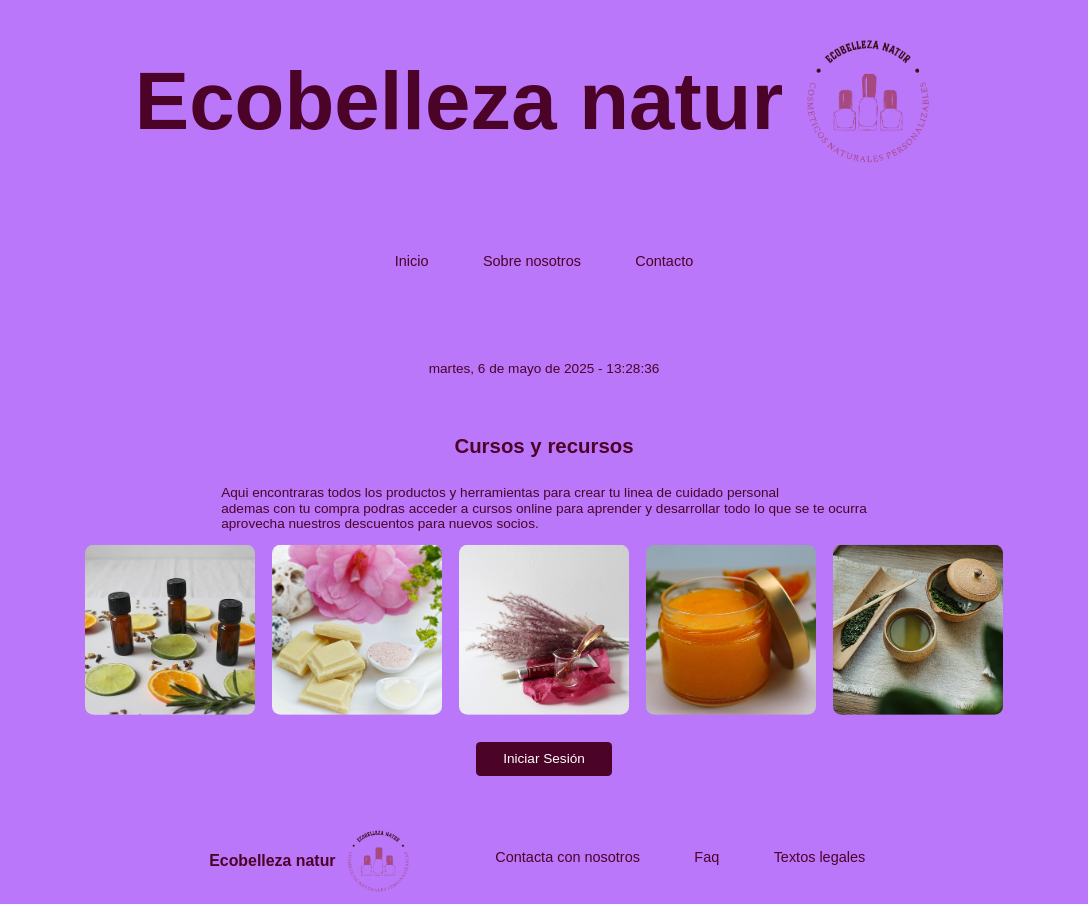
Repository: silvia76-max/ecobelleza-natur
Page: about.html
An editor plug-in stored every save of this project. The page is shown before and after the next save, followed by the edit.
The browser window is 1280 px wide. The pictures show the whole page, at 85% of full size.
Some web fonts or font styles are not loaded; a fallback is used.

Above is the page before, as saved 2025-05-08 12:51:50.

After the next save:
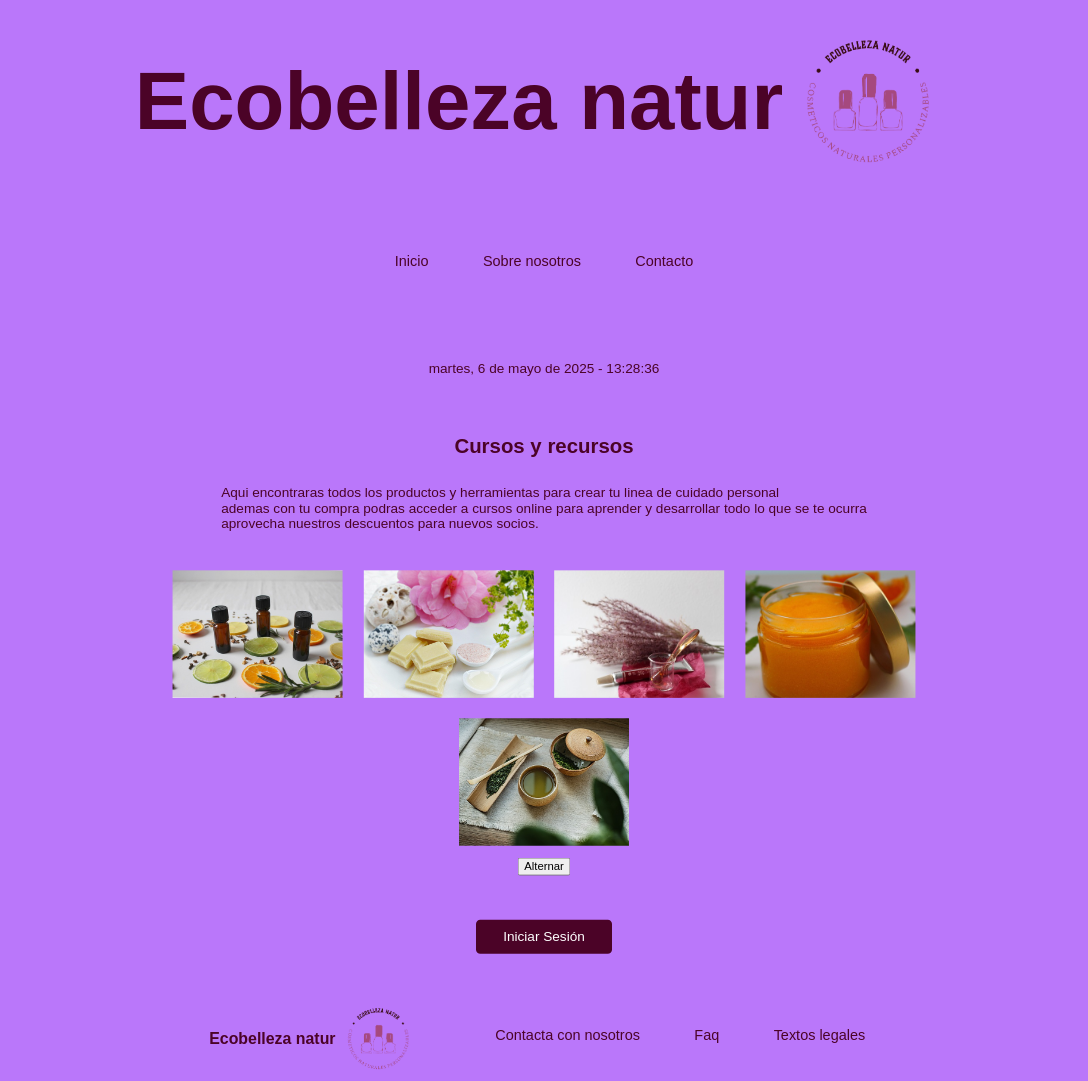
Saved 5 min 51 s later.
--- a/about.html
+++ b/about.html
@@ -31,13 +31,25 @@
         <p>Aqui encontraras todos los productos y herramientas para crear tu linea de cuidado personal<br>
         ademas con tu compra podras acceder a cursos online para aprender y desarrollar todo lo que se te ocurra<br>
         aprovecha nuestros descuentos para nuevos socios.</p>
-        <div class="images_about">
-        <img src="img/cosmetica2.jpg" alt="Productos naturales de belleza">
-        <img src="img/cosmetica3.jpg" alt="Productos naturales de belleza">
-        <img src="img/cosmetica4.jpg" alt="Productos naturales de belleza">
-        <img src="img/cosmetica5.jpg" alt="Productos naturales de belleza">
-        <img src="img/cosmetica6.jpg" alt="Productos naturales de belleza">
-       </div>
+       <div class="container">
+        <div class="foto-grupo grupo1">
+          <img src="img/cosmetica2.jpg" alt="Productos naturales de belleza">
+          <img src="img/cosmetica3.jpg" alt="Productos naturales de belleza">
+          <img src="img/cosmetica4.jpg" alt="Productos naturales de belleza">
+          <img src="img/cosmetica5.jpg" alt="Productos naturales de belleza">
+          <img src="img/cosmetica6.jpg" alt="Productos naturales de belleza">
+        </div>
+
+        <div class="foto-grupo grupo2" style="display: none;">
+          <img src="img/imagen1.jpg" alt="Productos naturales de belleza">
+          <img src="img/imagen2.jpg" alt="Productos naturales de belleza">
+          <img src="img/imagen3.jpg" alt="Productos naturales de belleza">
+          <img src="img/imagen4.jpg" alt="Productos naturales de belleza">
+          <img src="img/imagen5.jpg" alt="Productos naturales de belleza">
+        </div>
+
+        <button id="alternar">Alternar</button>
+    </div>
 
      </article>
   <!-- Botón que abre el popup -->
--- a/styles/about.css
+++ b/styles/about.css
@@ -21,19 +21,23 @@
     color:rgb(75, 3, 39);
 
 }
-.images_about {
-    display: flex;
-    flex-wrap: wrap;
-    justify-content: center;
-    gap: 20px;
-  }
+.container {
+  width: 80%;
+  margin: 20px auto;
+  text-align: center;
+}
 
-  .images_about img {
-    width: 200px;
-    height: 200px;
-    object-fit: cover;
-    border-radius: 10px;
-  }
+.foto-grupo {
+  display: inline-block;
+  vertical-align: top;
+}
+
+.foto-grupo img {
+  width: 200px;
+  height: 150px;
+  object-fit: cover;
+  margin: 10px;
+}
   #openLogin {
     margin: 2rem auto;
     display: block;
--- a/script.js
+++ b/script.js
@@ -49,3 +49,22 @@ function updateDateTime() {
     });
   }
 //4-cambio de imagenes en about
+document.addEventListener('DOMContentLoaded', function() {
+  const grupo1 = document.querySelector('.grupo1');
+  const grupo2 = document.querySelector('.grupo2');
+  const alternarBtn = document.getElementById('alternar');
+
+  let grupoActual = 'grupo1';
+
+  alternarBtn.addEventListener('click', function() {
+      if (grupoActual === 'grupo1') {
+          grupo1.style.display = 'none';
+          grupo2.style.display = 'inline-block';
+          grupoActual = 'grupo2';
+      } else {
+          grupo2.style.display = 'none';
+          grupo1.style.display = 'inline-block';
+          grupoActual = 'grupo1';
+      }
+  });
+});
